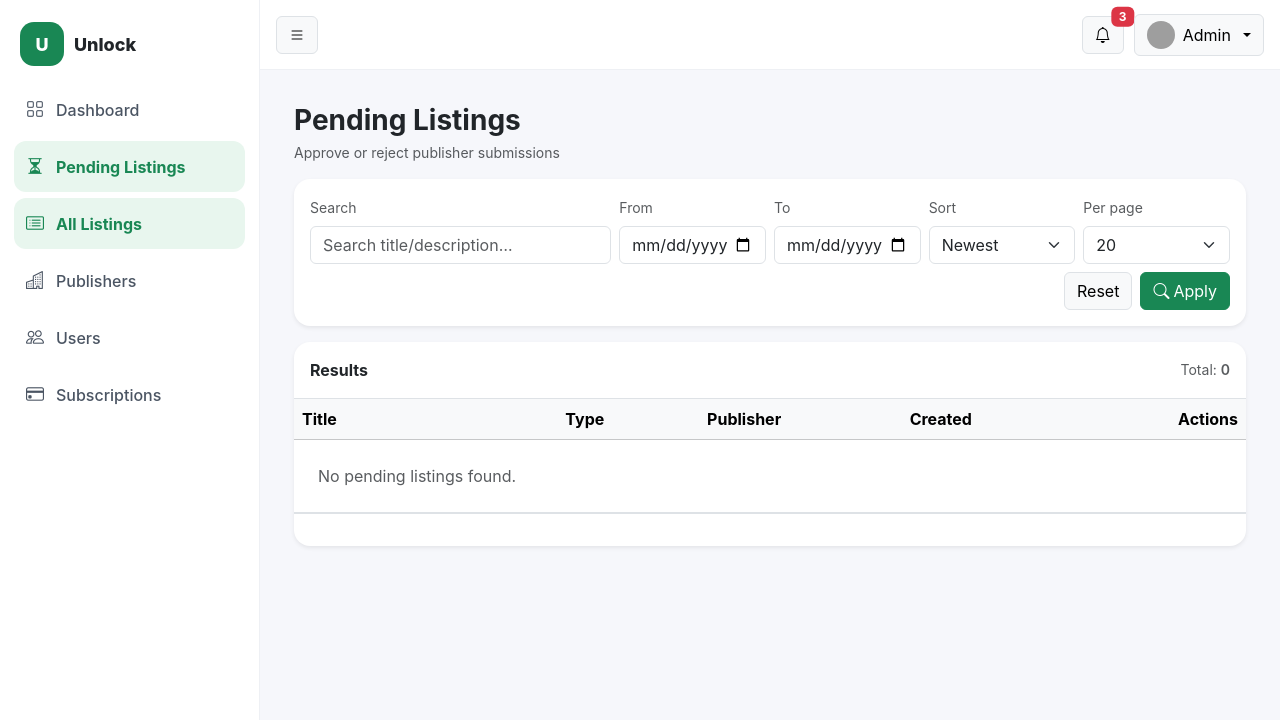
Repository: avmaurya07/unlock-dashboard
Page: /admin/listings/pending
The author's editor kept a copy of each file at every save. The page is drawn from the files as they stood at one save, then again after the next save.
The browser window is 1280 px wide. The pictures show the whole page.
Pictures or frames that could not be fetched are drawn as grey boxes. The page's requests for data from a server got no answer. The project was rebuilt for these pictures with package versions that can differ from the ones it lists, and the page was loaded fresh each time. No one was signed in, and anything a server would have sent is missing. Also part of the build but not shown: vite.config.js, src/pages/Login.jsx, src/components/Sidebar.jsx, src/components/Topbar.jsx, src/layout/MainLayout.jsx, src/components/DashboardCard.jsx, src/pages/Dashboard.jsx, src/pages/Events.jsx and 13 more.

Above is the page before, as saved 2025-12-28 22:00:45.

### index.html
<!doctype html>
<html lang="en">
  <head>
    <meta charset="UTF-8" />
    <link rel="icon" type="image/svg+xml" href="/vite.svg" />
    <meta name="viewport" content="width=device-width, initial-scale=1.0" />
    <title>unlock-dashboard</title>
  </head>
  <body>
    <div id="root"></div>
    <script type="module" src="/src/main.jsx"></script>
  </body>
</html>

### src/main.jsx
import { StrictMode } from 'react'
import { createRoot } from 'react-dom/client'
import './index.css'
import App from './App.jsx'
import 'bootstrap/dist/css/bootstrap.min.css';
import 'react-toastify/dist/ReactToastify.css';
import "bootstrap-icons/font/bootstrap-icons.css";
import "./styles/theme.css";
import "bootstrap/dist/js/bootstrap.bundle.min.js";

createRoot(document.getElementById('root')).render(
  <StrictMode>
    <App />
  </StrictMode>,
)

### src/index.css
:root {
  font-family: system-ui, Avenir, Helvetica, Arial, sans-serif;
  line-height: 1.5;
  font-weight: 400;

  color-scheme: light dark;
  color: rgba(255, 255, 255, 0.87);
  background-color: #242424;

  font-synthesis: none;
  text-rendering: optimizeLegibility;
  -webkit-font-smoothing: antialiased;
  -moz-osx-font-smoothing: grayscale;
}

a {
  font-weight: 500;
  color: #646cff;
  text-decoration: inherit;
}
a:hover {
  color: #535bf2;
}

body {
  margin: 0;
  display: flex;
  align-items: center;
  justify-content: center;
  min-width: 320px;
  min-height: 100vh;
}

h1 {
  font-size: 3.2em;
  line-height: 1.1;
}

button {
  border-radius: 8px;
  border: 1px solid transparent;
  padding: 0.6em 1.2em;
  font-size: 1em;
  font-weight: 500;
  font-family: inherit;
  background-color: #1a1a1a;
  cursor: pointer;
  transition: border-color 0.25s;
}
button:hover {
  border-color: #646cff;
}
button:focus,
button:focus-visible {
  outline: 4px auto -webkit-focus-ring-color;
}

@media (prefers-color-scheme: light) {
  :root {
    color: #213547;
    background-color: #ffffff;
  }
  a:hover {
    color: #747bff;
  }
  button {
    background-color: #f9f9f9;
  }
}

### src/App.jsx
import { BrowserRouter, Routes, Route, Navigate } from "react-router-dom";

import Login from "./pages/Login";

// Layout
import MainLayout from "./layout/MainLayout";

// Shared Pages
import Dashboard from "./pages/Dashboard";

// Publisher Pages
import Events from "./pages/Events";
import Jobs from "./pages/Jobs";
import FundingCalls from "./pages/FundingCalls";
import InvestorPrograms from "./pages/InvestorPrograms";
import Competitions from "./pages/Competitions";
import Workshops from "./pages/Workshops";

// User + Admin
import UserDashboard from "./pages/UserDashboard";
import PublisherDashboard from "./pages/PublisherDashboard";
import AdminDashboard from "./pages/AdminDashboard";
import AdminLayout from "./layout/AdminLayout";
import PendingListings from "./pages/admin/PendingListings";

function App() {
  return (
    <BrowserRouter>
      <Routes>

        {/* PUBLIC ROUTE */}
        <Route path="/" element={<Login />} />

        {/* USER DASHBOARD */}
        <Route path="/dashboard/user" element={<UserDashboard />} />

        {/* ADMIN DASHBOARD */}
        {/* <Route path="/dashboard/admin" element={<AdminLayout />}>
          <Route index element={<AdminDashboard />} />
        </Route>

        <Route path="/admin/listings/pending" element={<AdminLayout />}>
          <Route index element={<PendingListings />} />
        </Route> */}

        <Route path="/admin" element={<AdminLayout />}>
          <Route path="dashboard" element={<AdminDashboard />} />
          <Route path="listings/pending" element={<PendingListings />} />
        </Route>



        {/* PUBLISHER DASHBOARD (WITH SIDEBAR + TOPBAR) */}
        <Route path="/dashboard/publisher" element={<MainLayout />}>
          <Route index element={<Dashboard />} />

          {/* NESTED PUBLISHER ROUTES */}
          <Route path="events" element={<Events />} />
          <Route path="jobs" element={<Jobs />} />
          <Route path="funding-calls" element={<FundingCalls />} />
          <Route path="investor-programs" element={<InvestorPrograms />} />
          <Route path="competitions" element={<Competitions />} />
          <Route path="workshops" element={<Workshops />} />
        </Route>

      </Routes>
    </BrowserRouter>
  );
}

export default App;

### src/styles/theme.css
/* ===== Ventic UI Global Styles ===== */

body {
  margin: 0;
  padding: 0;
  background: #f4f6f9; /* Light gray clean background */
  font-family: "Inter", sans-serif;
}

/* Remove bootstrap container limits */
.container {
  max-width: 100% !important;
}

/* Utility classes */
.text-gray {
  color: #6c757d;
}

/* Headings */
h1, h2, h3, h4, h5 {
  font-weight: 700;
  color: #212529;
}

/* Card Shadows */
.card-v {
  border: none !important;
  border-radius: 12px !important;
  background: #fff;
  box-shadow: 0 2px 10px rgba(0,0,0,0.08);
  padding: 20px;
  transition: all 0.2s ease;
}

.card-v:hover {
  transform: translateY(-2px);
  box-shadow: 0 4px 14px rgba(0, 0, 0, 0.12);
}


/* ===== Sidebar Ventic Style ===== */

.sidebar-container {
  width: 260px;
  min-height: 100vh;
  background: #ffffff;
  padding-top: 20px;
  border-right: 1px solid #e9ecef;
}

.sidebar-header {
  font-size: 22px;
  font-weight: 700;
  padding: 0 22px;
  margin-bottom: 20px;
}

.sidebar-menu li {
  margin-bottom: 6px;
}

.sidebar-link {
  display: flex;
  align-items: center;
  padding: 12px 22px;
  font-size: 15px;
  text-decoration: none;
  color: #495057;
  font-weight: 500;
  border-radius: 8px;
  transition: all 0.15s ease;
}

.sidebar-link:hover {
  background: #f1f3f5;
  color: #000;
}

.sidebar-link.active {
  background: #e7f1ff;
  color: #0d6efd !important;
  font-weight: 600;
}


/* ===== Topbar Ventic Style ===== */

.topbar {
  height: 70px;
  background: #fff;
  padding: 0 30px;
  display: flex;
  justify-content: space-between;
  align-items: center;
}

.notification-wrapper {
  cursor: pointer;
}

.notif-badge {
  position: absolute;
  top: -6px;
  right: -10px;
  font-size: 12px;
}



/* Layout shell */
.ventic-shell {
  display: flex;
  min-height: 100vh;
  width: 100%;
  background: #f6f7fb;
}

/* Sidebar */
.ventic-sidebar {
  width: 260px;
  background: #ffffff;
  border-right: 1px solid #eef0f4;
  padding: 14px;
  transition: width 0.2s ease;
}

.ventic-sidebar.collapsed {
  width: 80px;
}

.ventic-sidebar__brand {
  display: flex;
  align-items: center;
  gap: 10px;
  padding: 8px 6px 18px;
}

.ventic-logo {
  width: 44px;
  height: 44px;
  border-radius: 14px;
  background: #198754;
  color: #fff;
  display: grid;
  place-items: center;
  font-weight: 800;
  font-size: 18px;
}

.ventic-brand-text {
  font-weight: 800;
  font-size: 18px;
}

.ventic-sidebar__menu {
  display: flex;
  flex-direction: column;
  gap: 6px;
}

/* Nav links */
.ventic-nav {
  display: flex;
  align-items: center;
  gap: 12px;
  padding: 12px 12px;
  border-radius: 12px;
  text-decoration: none;
  color: #4b5563;
}

.ventic-nav:hover {
  background: #f3f4f6;
}

.ventic-nav.active {
  background: #e8f6ee;
  color: #198754;
  font-weight: 700;
}

.ventic-nav__icon {
  font-size: 18px;
}

/* Main */
.ventic-main {
  flex: 1;
  display: flex;
  flex-direction: column;
  min-width: 0;
}

.ventic-topbar {
  height: 70px;
  background: #ffffff;
  border-bottom: 1px solid #eef0f4;
  padding: 0 16px;
  display: flex;
  align-items: center;
  justify-content: space-between;
}

.ventic-topbar__right {
  display: flex;
  align-items: center;
  gap: 10px;
}

.ventic-content {
  padding: 18px;
}

/* Mobile: hide sidebar or collapse */
@media (max-width: 992px) {
  .ventic-sidebar {
    width: 80px;
  }
  .ventic-brand-text,
  .ventic-nav__text {
    display: none;
  }
}

### src/layout/AdminLayout.jsx
import { useState } from "react";
import { Outlet } from "react-router-dom";
import AdminSidebar from "../components/AdminSidebar";
import AdminTopbar from "../components/AdminTopbar";

export default function AdminLayout() {
  const [collapsed, setCollapsed] = useState(false);

  return (
    <div className="ventic-shell">
      <AdminSidebar collapsed={collapsed} />

      <div className="ventic-main">
        <AdminTopbar onToggleSidebar={() => setCollapsed((v) => !v)} />

        <div className="ventic-content">
          <Outlet />
        </div>
      </div>
    </div>
  );
}

### src/components/AdminSidebar.jsx
import { NavLink } from "react-router-dom";

const menu = [
  { label: "Dashboard", icon: "bi-grid", to: "/admin/dashboard/admin" },
  { label: "Pending Listings", icon: "bi-hourglass-split", to: "/admin/listings/pending" },
  { label: "All Listings", icon: "bi-card-list", to: "/admin/listings" },
  { label: "Publishers", icon: "bi-buildings", to: "/admin/publishers" },
  { label: "Users", icon: "bi-people", to: "/admin/users" },
  { label: "Subscriptions", icon: "bi-credit-card", to: "/admin/subscriptions" },
];

export default function AdminSidebar({ collapsed }) {
  return (
    <div className={`ventic-sidebar ${collapsed ? "collapsed" : ""}`}>
      <div className="ventic-sidebar__brand">
        <div className="ventic-logo">U</div>
        {!collapsed && <div className="ventic-brand-text">Unlock</div>}
      </div>

      <div className="ventic-sidebar__menu">
        {menu.map((item) => (
          <NavLink
            key={item.to}
            to={item.to}
            className={({ isActive }) =>
              `ventic-nav ${isActive ? "active" : ""}`
            }
          >
            <i className={`bi ${item.icon} ventic-nav__icon`} />
            {!collapsed && <span className="ventic-nav__text">{item.label}</span>}
          </NavLink>
        ))}
      </div>
    </div>
  );
}

### src/components/AdminTopbar.jsx
export default function AdminTopbar({ onToggleSidebar }) {
  return (
    <div className="ventic-topbar">
      <button className="btn btn-light border" onClick={onToggleSidebar}>
        <i className="bi bi-list" />
      </button>

      <div className="ventic-topbar__right">
        <button className="btn btn-light border position-relative">
          <i className="bi bi-bell" />
          <span className="badge bg-danger position-absolute top-0 start-100 translate-middle">
            3
          </span>
        </button>

        <div className="dropdown">
          <button
            className="btn btn-light border dropdown-toggle d-flex align-items-center gap-2"
            data-bs-toggle="dropdown"
          >
            <img
              src="https://i.pravatar.cc/40"
              alt="profile"
              className="rounded-circle"
              width="28"
              height="28"
            />
            <span className="d-none d-md-inline">Admin</span>
          </button>

          <ul className="dropdown-menu dropdown-menu-end">
            <li><button className="dropdown-item">Profile</button></li>
            <li><hr className="dropdown-divider" /></li>
            <li>
              <button
                className="dropdown-item text-danger"
                onClick={() => {
                  localStorage.removeItem("token");
                  window.location.href = "/";
                }}
              >
                Logout
              </button>
            </li>
          </ul>
        </div>
      </div>
    </div>
  );
}

Loaded but not shown: src/api/adminListings.js (13 lines, source omitted); src/api/client.js (13 lines, source omitted); src/pages/admin/PendingListings.jsx (283 lines, source omitted)

After the next save:
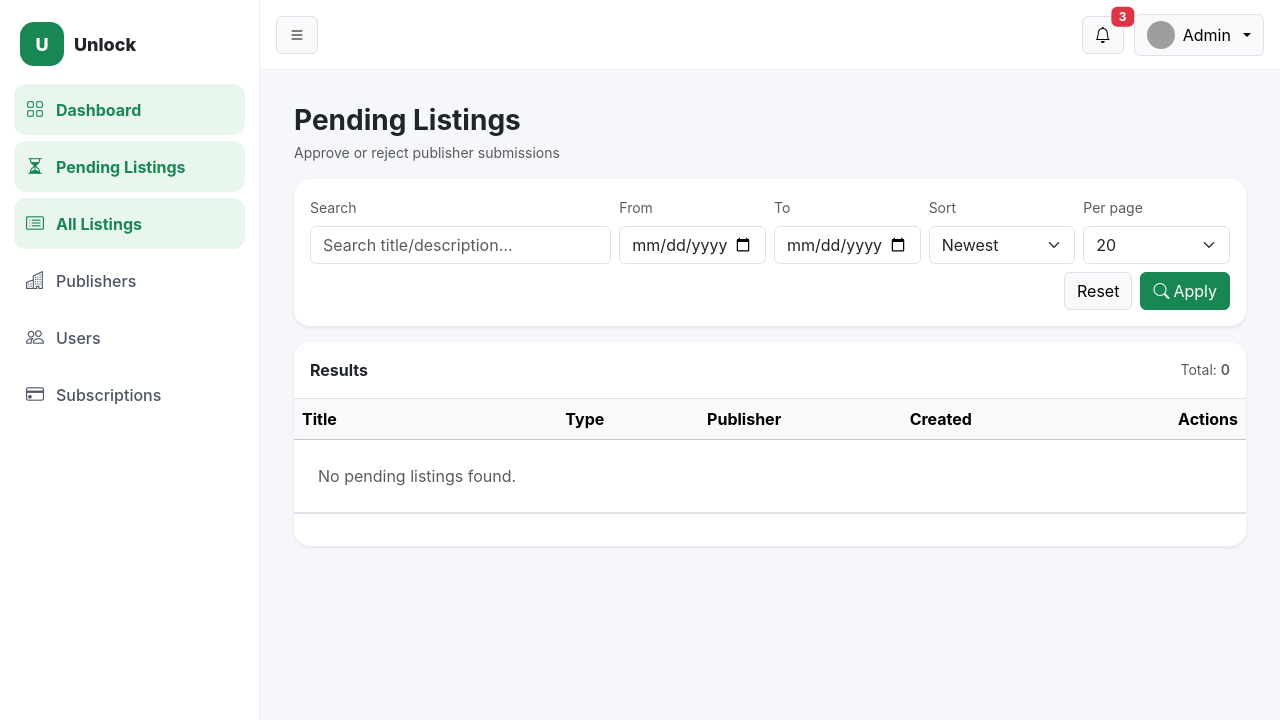
Saved 16 s later.
--- a/src/components/AdminSidebar.jsx
+++ b/src/components/AdminSidebar.jsx
@@ -1,7 +1,7 @@
 import { NavLink } from "react-router-dom";
 
 const menu = [
-  { label: "Dashboard", icon: "bi-grid", to: "/admin/dashboard/admin" },
+  { label: "Dashboard", icon: "bi-grid", to: "/admin" },
   { label: "Pending Listings", icon: "bi-hourglass-split", to: "/admin/listings/pending" },
   { label: "All Listings", icon: "bi-card-list", to: "/admin/listings" },
   { label: "Publishers", icon: "bi-buildings", to: "/admin/publishers" },

After the save that followed:
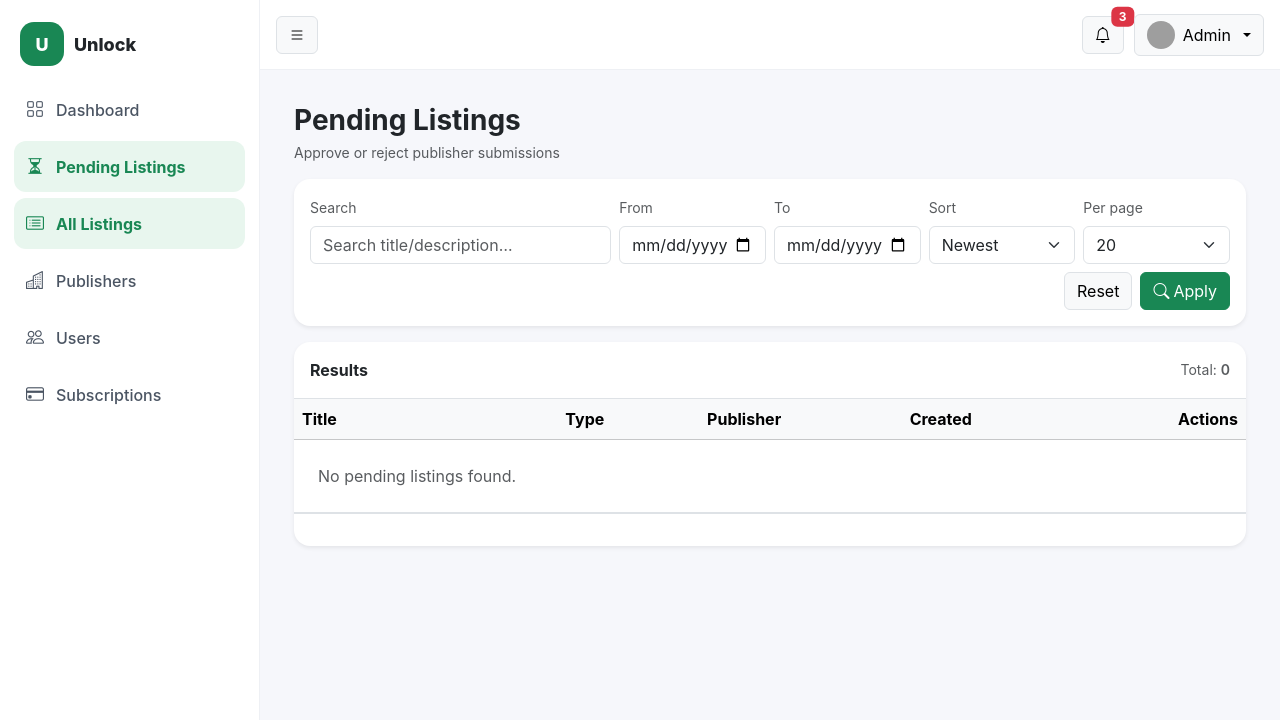
Saved 9 s later.
--- a/src/components/AdminSidebar.jsx
+++ b/src/components/AdminSidebar.jsx
@@ -1,7 +1,7 @@
 import { NavLink } from "react-router-dom";
 
 const menu = [
-  { label: "Dashboard", icon: "bi-grid", to: "/admin" },
+  { label: "Dashboard", icon: "bi-grid", to: "/admin/dashboard" },
   { label: "Pending Listings", icon: "bi-hourglass-split", to: "/admin/listings/pending" },
   { label: "All Listings", icon: "bi-card-list", to: "/admin/listings" },
   { label: "Publishers", icon: "bi-buildings", to: "/admin/publishers" },
